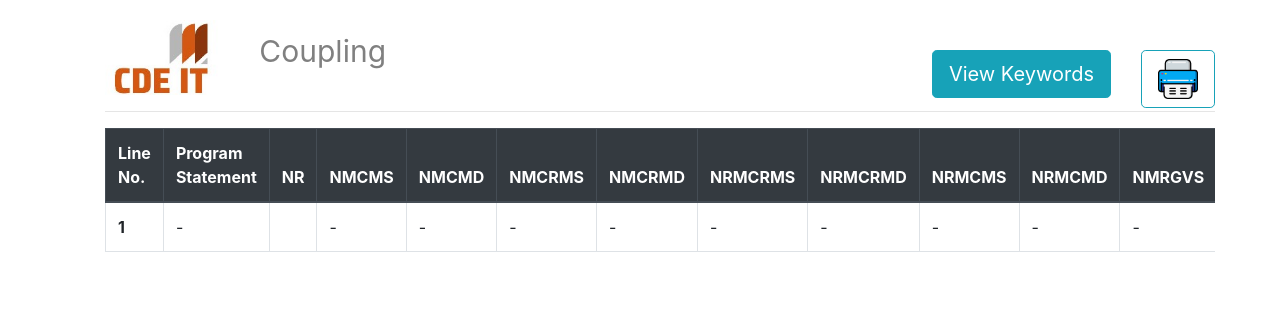
Repository: JudeAshan98/ITPM
Page: http://localhost/CDE_IT/views/Coupling.jsp
These files come from the project's save history. The page is drawn as it stood at one moment and after the next save; the edit follows.
The browser window is 1280 px wide. The pictures show the whole page.
The page is served by Tomcat 9.

Above is the page before, as saved 2020-03-03 05:52:05.

After the next save:
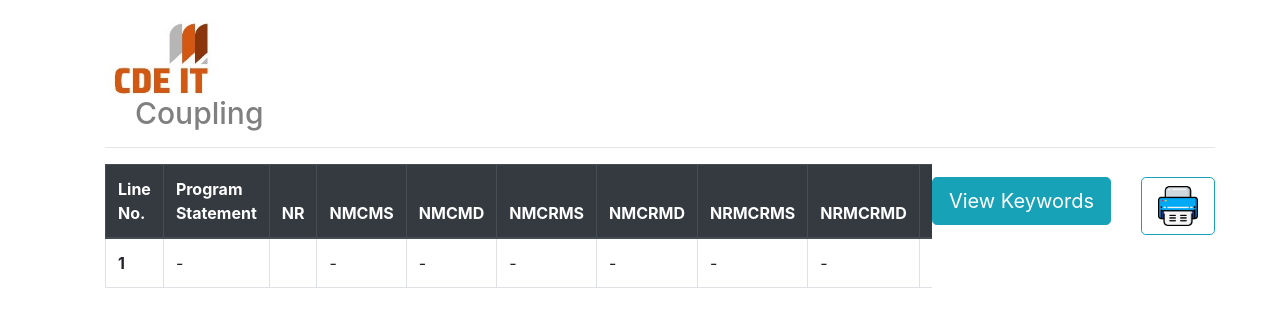
Saved 14 s later.
--- a/CDE_IT/WebContent/views/Coupling.jsp
+++ b/CDE_IT/WebContent/views/Coupling.jsp
@@ -21,8 +21,8 @@
 		<div>
 			<!-- <p>CDE IT Solutions</p> -->
 			<img src="../img/logoe.png" style="max-height: 75px">
-			<text style="font-size:30px; color:gray ; margin-left:30px;">
-			Coupling<text>
+			<h5 style="font-size:30px; color:gray ; margin-left:30px;">
+			Coupling<h5>
 			<button type="button" class="btn btn-info btn-lg"
 				style="background-color: transparent; float: right; margin-top: 30px; margin-left: 30px">
 				<img src="print.png" style="max-height: 40px; max-width =: 40px;">
